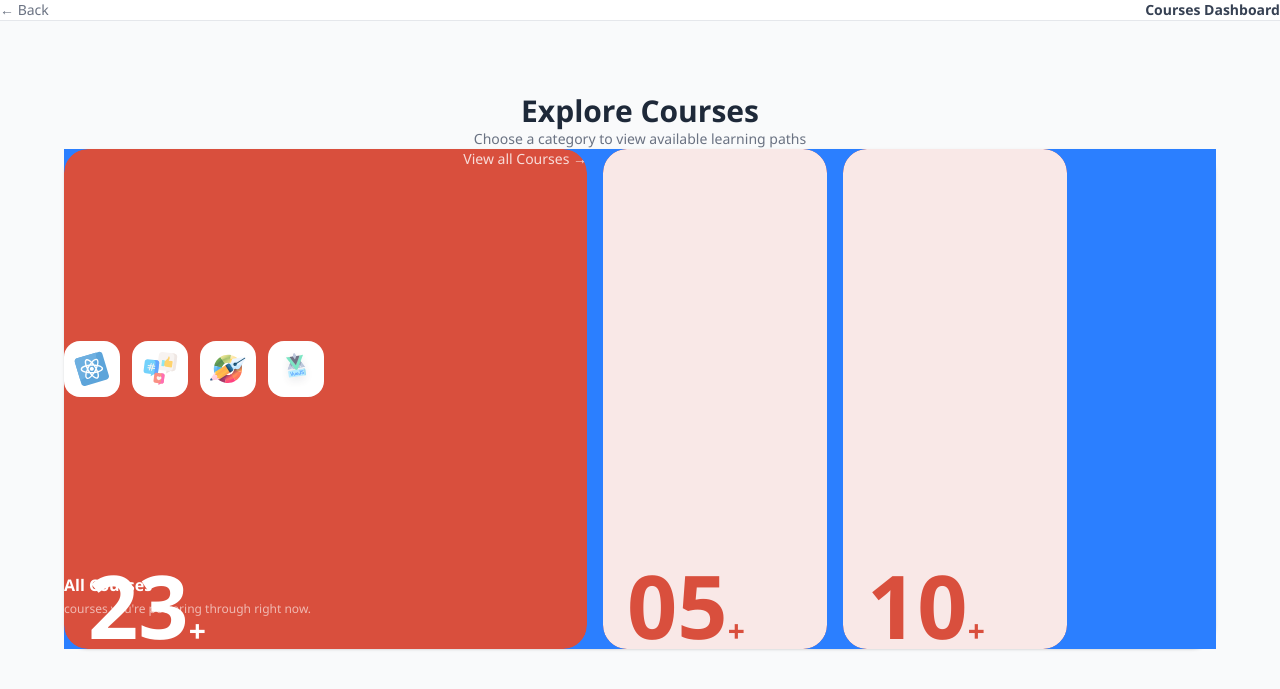
Repository: RahulRajKhadka/nextjs-dashboard-app
Page: /task2
The author's editor kept a copy of each file at every save. The page is drawn from the files as they stood at one save, then again after the next save.
The browser window is 1280 px wide. The pictures show the whole page.
The project was rebuilt for these pictures with package versions that can differ from the ones it lists, and the page was loaded fresh each time. The framework's server and built-in components were replaced by stand-ins that run in the browser. Also part of the build but not shown: next.config.ts.

Above is the page before, as saved 2026-04-10 11:15:09.

After the next save:
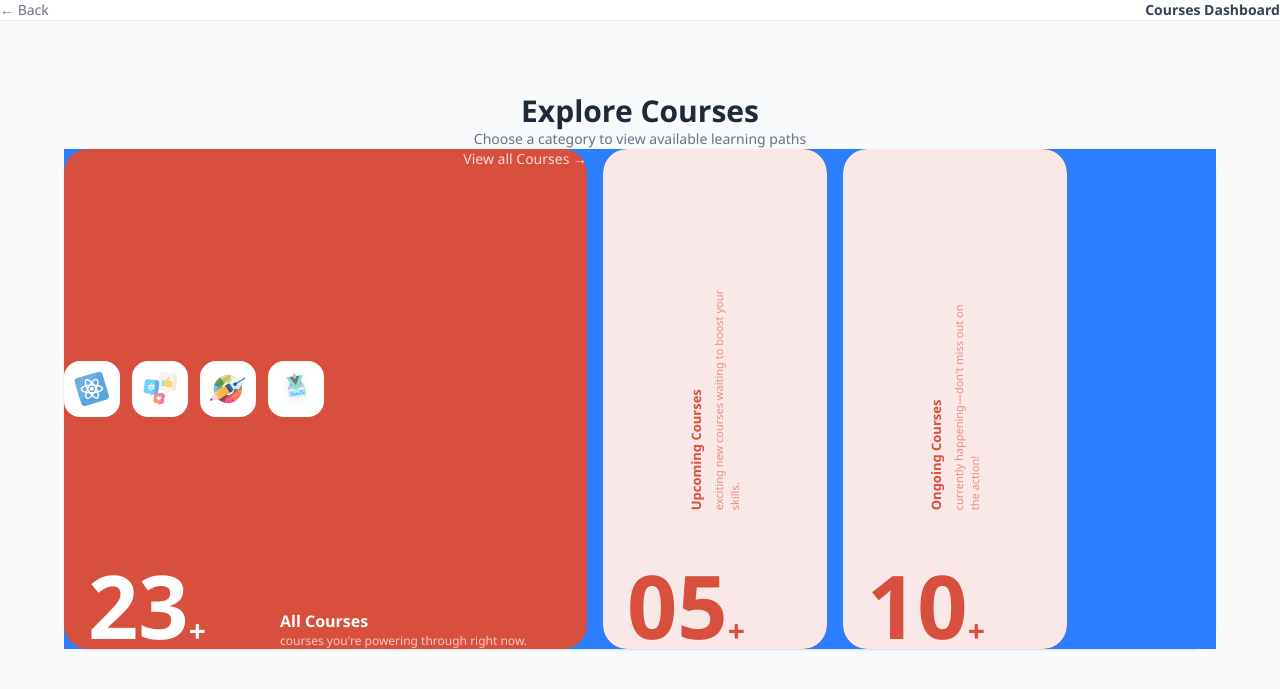
Saved 16 s later.
--- a/src/components/task2/CourseCard.tsx
+++ b/src/components/task2/CourseCard.tsx
@@ -21,41 +21,56 @@ export default function CourseCard({
   isLeftmost = false,
 }: Props) {
   const numberRef = useRef<HTMLDivElement>(null);
-  const labelContainerRef = useRef<HTMLDivElement>(null);  // ← ONE ref for both states
+  const collapsedLabelRef = useRef<HTMLDivElement>(null);
+  const expandedLabelRef = useRef<HTMLDivElement>(null);
   const iconsRef = useRef<(HTMLSpanElement | null)[]>([]);
   const topbarRef = useRef<HTMLDivElement>(null);
   const expandedViewRef = useRef<HTMLDivElement>(null);
   const circleRef = useRef<HTMLDivElement>(null);
 
   useLayoutEffect(() => {
-    if (!labelContainerRef.current) return;
+    if (!numberRef.current) return;
 
     if (isExpanded) {
-      // Measure collapsed position
-      const collapsedRect = labelContainerRef.current.getBoundingClientRect();
-
-      // Store the target expanded position (will be measured after layout)
+      // ✅ FLIP START (measure BEFORE layout shift)
+      const startRect = numberRef.current.getBoundingClientRect();
+
       requestAnimationFrame(() => {
-        const expandedRect = labelContainerRef.current!.getBoundingClientRect();
-
-        // Calculate transforms needed to go from collapsed → expanded
-        const deltaX = collapsedRect.left - expandedRect.left;
-        const deltaY = collapsedRect.top - expandedRect.top;
-
-
-
-      });
-
-      // Rest of your animations...
+        const endRect = numberRef.current!.getBoundingClientRect();
+        const deltaX = startRect.left - endRect.left;
+
+        if (direction === "left") {
+          gsap.fromTo(
+            numberRef.current,
+            { x: deltaX },
+            {
+              x: 0,
+              duration: 1.1,
+              ease: "power2.out",
+            }
+          );
+        } else {
+          gsap.set(numberRef.current, { x: 0 });
+        }
+      });
+
+      // Circle
       gsap.to(circleRef.current, {
         clipPath: "circle(0% at 0% 100%)",
         duration: 1.5,
         ease: "power3.inOut",
       });
 
+      // Collapse label
+      gsap.to(collapsedLabelRef.current, {
+        rotate: 0,
+        opacity: 0,
+        duration: 0.5,
+      });
+
+      // Expanded view
       gsap.set(expandedViewRef.current, { display: "grid" });
 
-      // Animate topbar and icons...
       const topbarFromX = direction === "left" ? 80 : -80;
       const iconsFromX = direction === "left" ? 150 : -150;
 
@@ -75,44 +90,29 @@ export default function CourseCard({
         });
       });
 
+      const labelFromX = direction === "left" ? 100 : -100;
+      gsap.fromTo(
+        expandedLabelRef.current,
+        { x: labelFromX, opacity: 0 },
+        { x: 0, opacity: 1, duration: 2.5, delay: 1,ease: "back.out"   }
+      );
     } else {
-      // Collapsing - animate back to collapsed position
-      const expandedRect = labelContainerRef.current.getBoundingClientRect();
-
-      requestAnimationFrame(() => {
-        // Force collapsed layout temporarily
-        labelContainerRef.current!.style.position = 'absolute';
-
-        const collapsedRect = labelContainerRef.current!.getBoundingClientRect();
-        const deltaX = expandedRect.left - collapsedRect.left;
-        const deltaY = expandedRect.top - collapsedRect.top;
-
-        gsap.fromTo(
-          labelContainerRef.current,
-          {
-            x: 0,
-            y: 0,
-            rotation: 0,
-          },
-          {
-            x: deltaX,
-            y: deltaY,
-            rotation: -90,
-            duration: 0.8,
-            ease: "power2.in",
-            onComplete: () => {
-              labelContainerRef.current!.style.position = '';
-            }
-          }
-        );
-      });
-
+      // Collapse
       gsap.to(circleRef.current, {
         clipPath: "circle(130% at 0% 80%)",
         duration: 0.7,
       });
 
+      gsap.set(numberRef.current, { x: 0 });
+
       gsap.set(expandedViewRef.current, { display: "none", delay: 0.2 });
+
+      gsap.to(collapsedLabelRef.current, {
+        rotate: -90,
+        opacity: 1,
+        duration: 0.5,
+        delay: 0.15,
+      });
     }
   }, [isExpanded, direction]);
 
@@ -152,38 +152,29 @@ export default function CourseCard({
         </div>
       </div>
 
-      {/* SINGLE LABEL that transforms */}
-      <div
-        ref={labelContainerRef}
-        className="absolute z-[2] flex flex-col gap-1"
-        style={{
-          // Collapsed position (centered)
-          top: isExpanded ? 'auto' : '50%',
-          left: isExpanded ? 'auto' : '50%',
-          bottom: isExpanded ? '2rem' : 'auto',
-          right: isExpanded ? 'auto' : 'auto',
-          transform: isExpanded
-            ? 'translateX(0)'
-            : 'translate(-50%, -50%)',
-          color: isExpanded ? 'white' : course.textColor,
-        }}
-      >
-        <span className="font-bold text-[13px] md:text-base">
-          {course.label}
-        </span>
-        <p className="text-[11px] md:text-xs opacity-60">
-          {course.sublabel}
-        </p>
+      {/* Collapsed */}
+      <div className="absolute inset-0 z-[2] flex items-center justify-center">
+        <div
+          ref={collapsedLabelRef}
+          className="flex flex-col gap-1"
+          style={{ transform: "rotate(-90deg)" }}
+        >
+          <span className="font-bold text-[13px]" style={{ color: course.textColor }}>
+            {course.label}
+          </span>
+          <p className="text-[11px] opacity-60" style={{ color: course.textColor }}>
+            {course.sublabel}
+          </p>
+        </div>
       </div>
 
-      {/* Expanded view container (for icons and topbar) */}
+      {/* Expanded */}
       <div
         ref={expandedViewRef}
         className="absolute inset-0 z-[2] p-5"
         style={{
           display: isExpanded ? "grid" : "none",
           gridTemplateRows: "auto 1fr auto",
-          pointerEvents: isExpanded ? 'auto' : 'none',
         }}
       >
         <div ref={topbarRef} className="flex justify-end mt-40">
@@ -202,8 +193,13 @@ export default function CourseCard({
           ))}
         </div>
 
-        {/* Empty spacer - label now positioned absolutely */}
-        <div className="h-20" />
+        <div className="flex gap-10 mb-4">
+          <div style={{ width: "clamp(8rem,14vw,11rem)" }} />
+          <div ref={expandedLabelRef}>
+            <span className="text-white font-bold">{course.label}</span>
+            <p className="text-white/70 text-xs">{course.sublabel}</p>
+          </div>
+        </div>
       </div>
     </div>
   );
